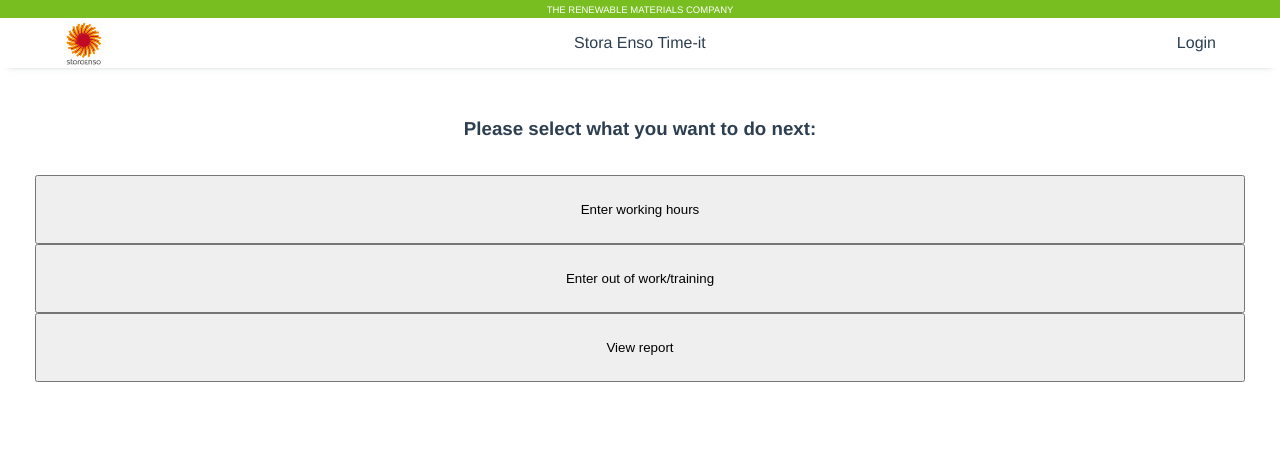
Repository: marianreha/vue-timeit
Page: /
An editor plug-in stored every save of this project. The page is shown before and after the next save, followed by the edit.
The browser window is 1280 px wide. The pictures show the whole page.
Some web fonts or font styles are not loaded; a fallback is used. The project was rebuilt for these pictures with package versions that can differ from the ones it lists, and the page was loaded fresh each time. Also part of the build but not shown: vue.config.js.

Above is the page before, as saved 2020-03-29 19:31:16.

### src/App.vue
<template>
  <div id="app">
    <Navbar />
    <Home />
  </div>
</template>

<script>
import Navbar from './components/Navbar'
import Home from './components/Home'

export default {
  name: 'App',
  components: {
    Navbar,
    Home,
  }
}
</script>

<style>
@import url(//db.onlinewebfonts.com/c/2afedaab5a5177410b408023384af22d?family=HelveticaNeueLTW01-55Roman);

#app {
  font-family: Helvetica, Arial, sans-serif;
  -webkit-font-smoothing: antialiased;
  -moz-osx-font-smoothing: grayscale;
  text-align: center;
  color: #2c3e50;
  padding: 0px;
}

* {
    box-sizing: border-box;
    margin: 0 !important;
    cursor: default;
}
</style>

### src/components/Navbar.vue
<template>
  <div>
      <header class="green">
          The renewable materials company
      </header>
      <header class="navbar">
          <img class="logo" src="../assets/logo.jpg" alt="logo">
          <nav>
              Stora Enso Time-it
          </nav>
          <span>Login</span>
      </header>
  </div>
</template>

<script>
export default {
    name: 'Navbar',
}
</script>

<style>
.green {
    padding: 4px 0 3px 0;
    background-color: #78BE20;
    color: #FFFFFF;
    font-size: 9.5px;
    text-transform: uppercase;
}

.navbar {
    display: flex;
    height: 2rem;
    justify-content: space-between;
    align-items: center;
    padding: 25px 5%;
    box-shadow: 0 3px 8px -8px;
}

.logo {
    height: 45px;
    cursor: pointer;
}
</style>>

### src/components/Home.vue
<template>
  <div>
      <h3>Please select what you want to do next:</h3>
      <div class="btn-group">
        <button>Enter working hours</button>
        <button>Enter out of work/training</button>
        <button>View report</button>
      </div>
  </div>
</template>

<script>
export default {
    name: "Home"
}
</script>

<style>
h3 {
    padding-top: 50px;
}
.btn-group {
    display: flex;
    flex-direction: column;
    justify-content: center;
    padding: 35px;
}

.btn-group button {
    padding: 25px;
}


</style>

Loaded but not shown: public/index.html (common file); src/main.js (common file)

After the next save:
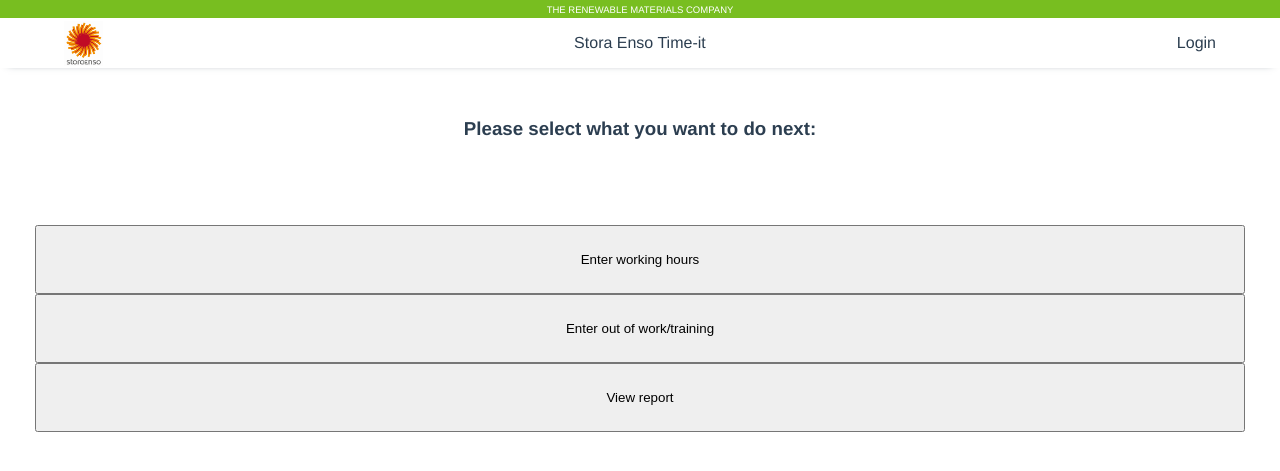
Saved 13 s later.
--- a/src/components/Home.vue
+++ b/src/components/Home.vue
@@ -17,7 +17,7 @@
 
 <style>
 h3 {
-    padding-top: 50px;
+    padding: 50px;
 }
 .btn-group {
     display: flex;
